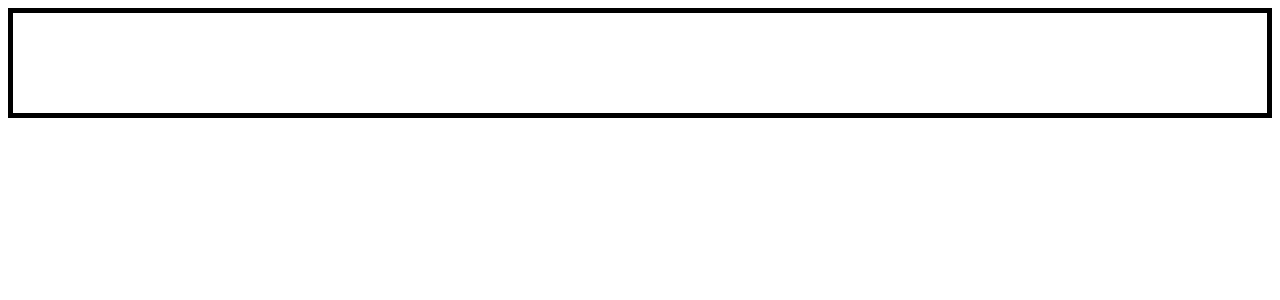
Repository: cartervandekamp/htmlstructure.mdia2003
Page: htmlstructure-psd/index.html
The author's editor kept a copy of each file at every save. The page is drawn from the files as they stood at one save, then again after a run of saves.
The browser window is 1280 px wide. The pictures show the whole page.

Above is the page before, as saved 2023-01-16 17:53:53.

After the next 2 saves:
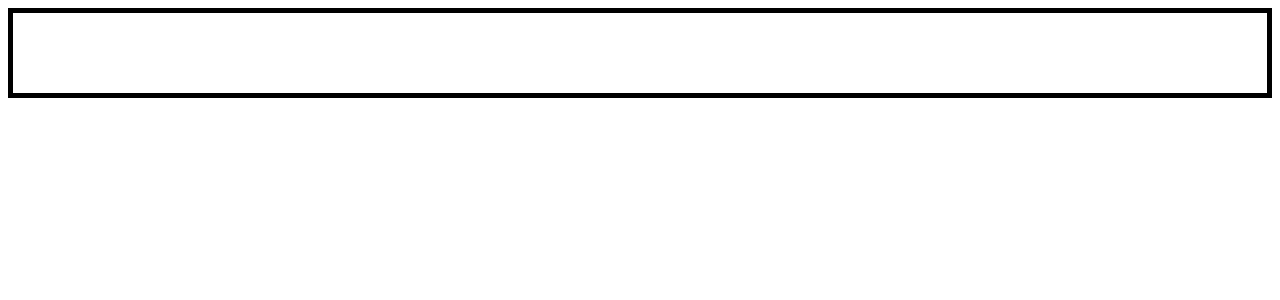
The 2 saves are shown as one change because they came seconds apart.
The last was saved 8 s later.
--- a/htmlstructure-psd/style.css
+++ b/htmlstructure-psd/style.css
@@ -6,7 +6,7 @@ body {
 
 .toprow {
     height: 80px;
-    padding: 10px;
+    padding: px;
     border-style: solid;
     border-color: black;
 
